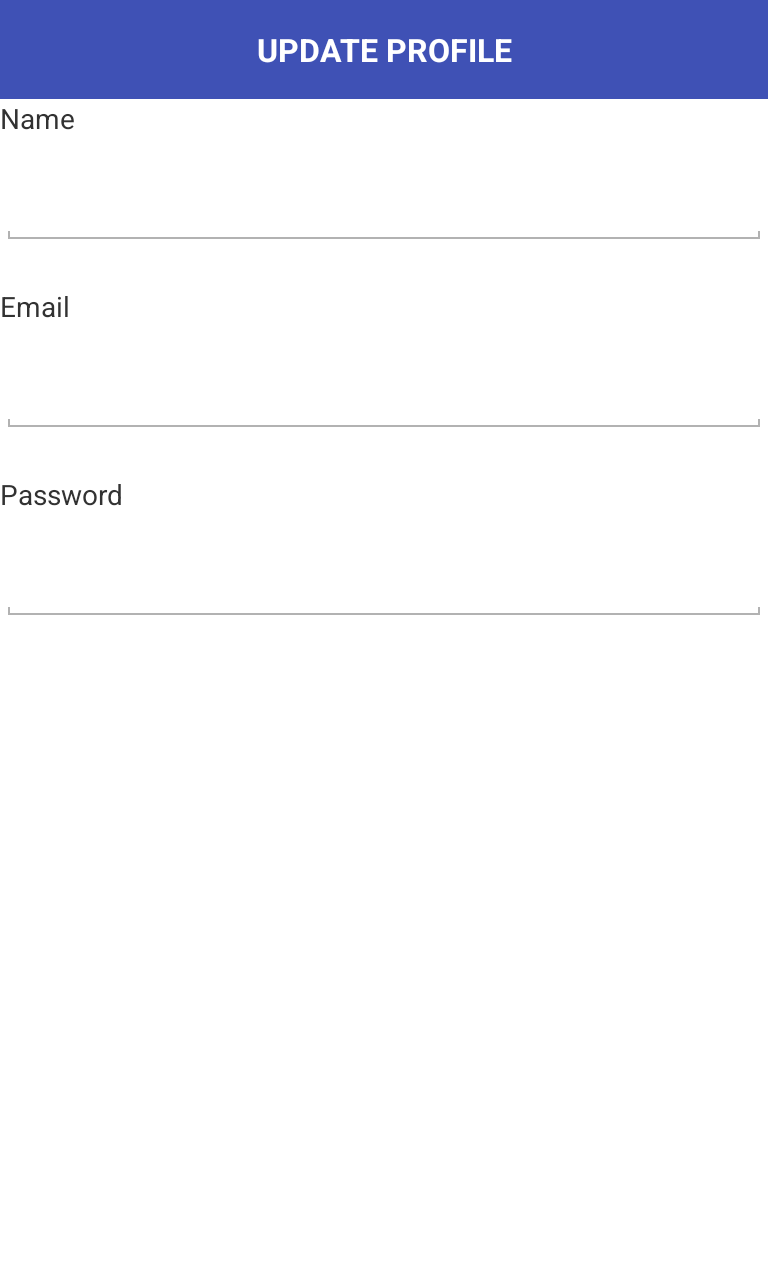
Repository: Harshil737/Career-Launcher
Layout: CareerLauncher/res/layout/item_profile_update.xml
These files come from the project's save history. The layout is drawn as it stood at one moment and after the next save; the edit follows.
It is drawn on a 768 x 1280 px phone screen (xhdpi) without system bars, with theme AppTheme; the app's code is not run.

Above is the layout before, as saved 2017-11-05 13:16:43.

After the next save:
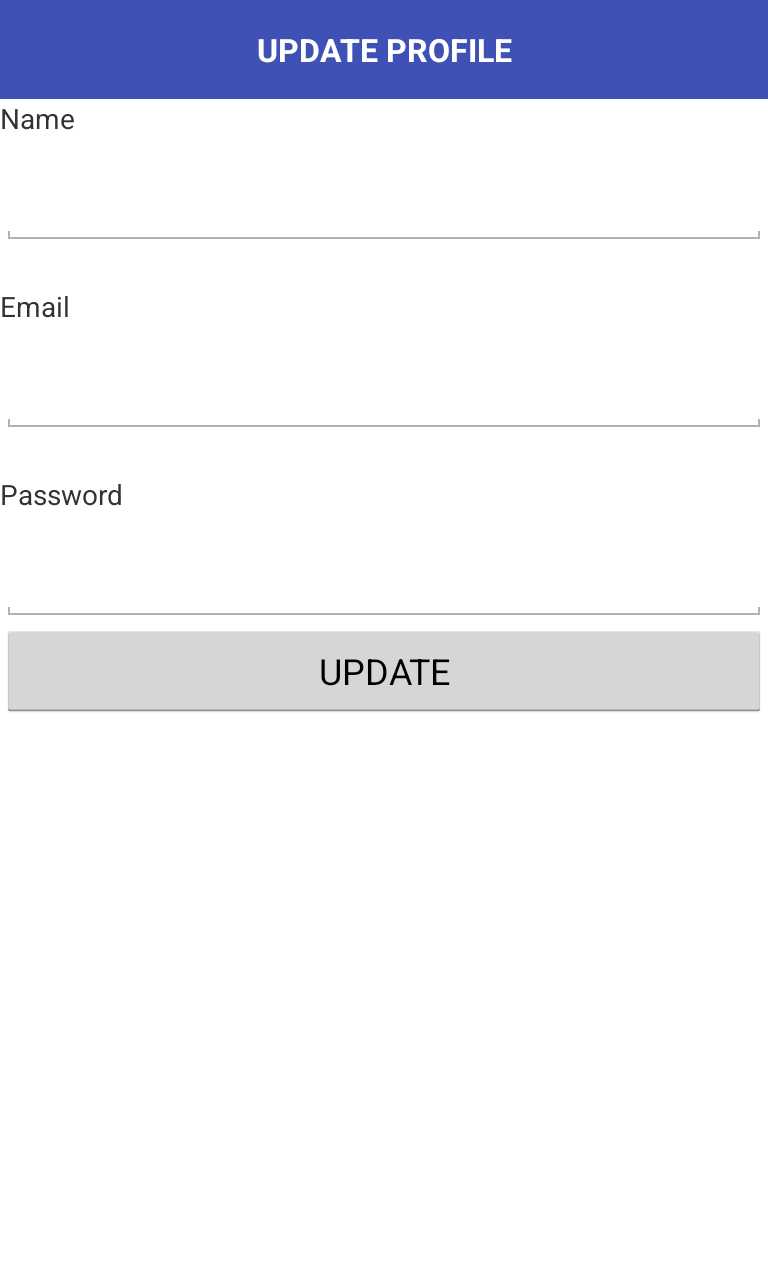
Saved 23 s later.
--- a/CareerLauncher/res/layout/item_profile_update.xml
+++ b/CareerLauncher/res/layout/item_profile_update.xml
@@ -61,6 +61,12 @@
         android:layout_width="match_parent"
         android:layout_height="wrap_content"
         android:orientation="horizontal" >
+
+        <Button
+            android:layout_width="0"
+            android:layout_height="wrap_content"
+            android:layout_weight="1"
+            android:text="UPDATE" />
     </LinearLayout>
 
 </LinearLayout>
